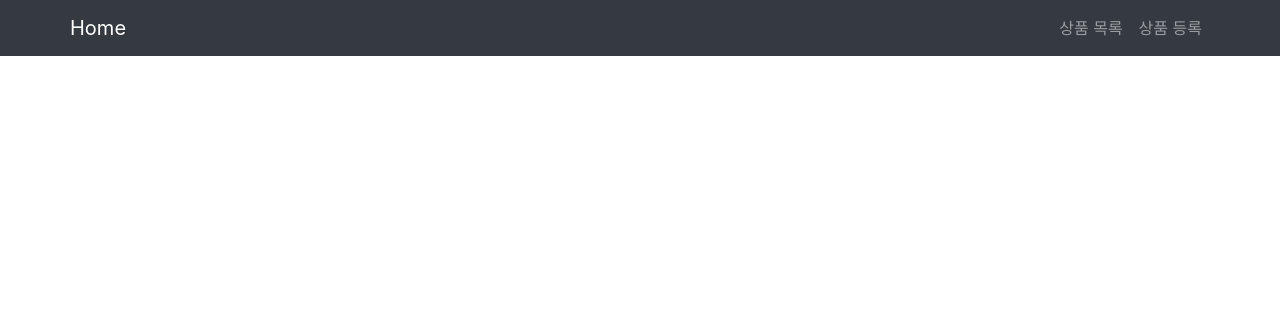
Repository: lhj257/jspwrokspace
Page: http://localhost/WebMarket/shippingInfo.jsp
An editor plug-in stored every save of this project. The page is shown before and after the next save, followed by the edit.
The browser window is 1280 px wide. The pictures show the whole page.
The page is served by Tomcat 9.

Above is the page before, as saved 2023-08-31 01:41:11.

After the next save:
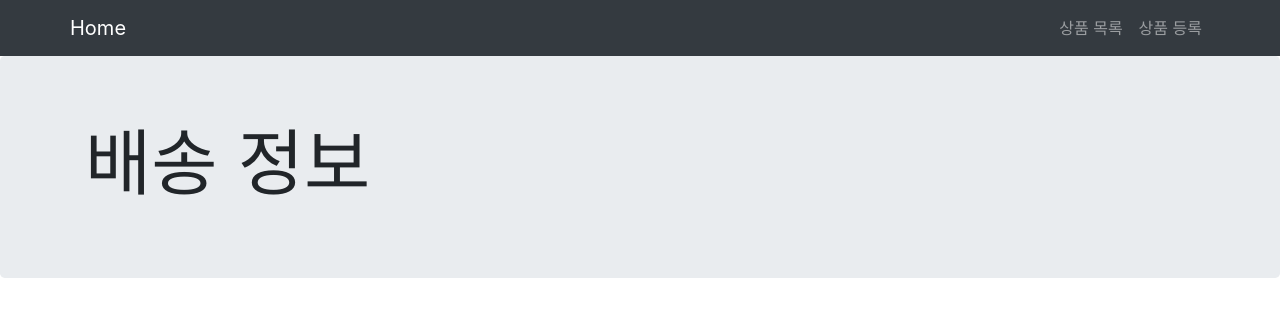
Saved 13 s later.
--- a/WebMarket/src/main/webapp/shippingInfo.jsp
+++ b/WebMarket/src/main/webapp/shippingInfo.jsp
@@ -12,6 +12,10 @@
 </head>
 <body>
 <jsp:include page="menu.jsp" />
-
+<div class="jumbotron">
+		<div class="container">
+			<h1 class="display-3">배송 정보</h1>
+		</div>
+	</div>
 </body>
 </html>
